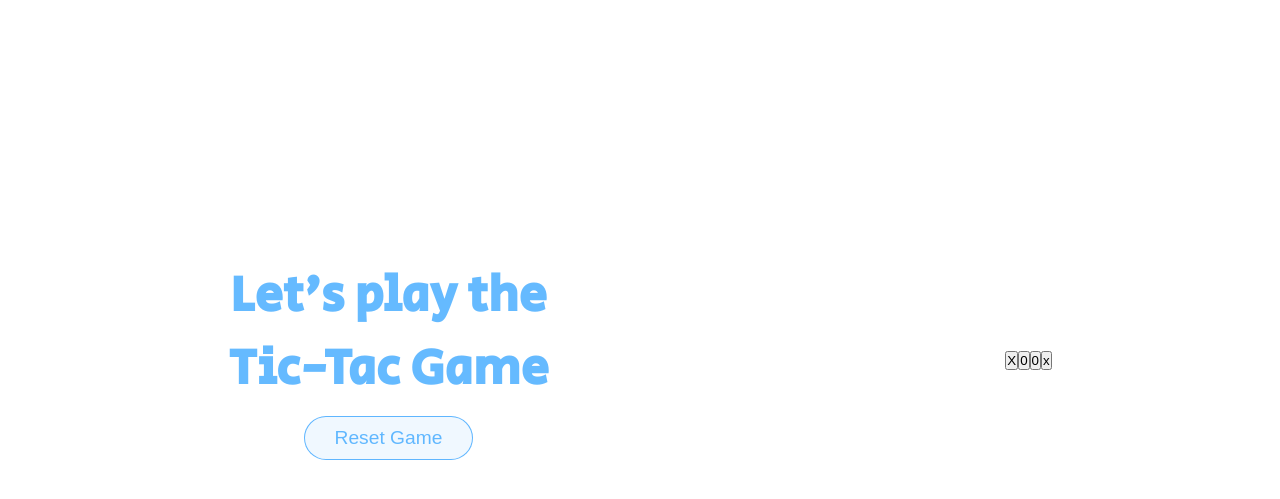
Repository: evergreenx/tic-tac
Page: /
An editor plug-in stored every save of this project. The page is shown before and after a run of saves, followed by the edit.
The browser window is 1280 px wide. The pictures show the whole page.
The project was rebuilt for these pictures with package versions that can differ from the ones it lists, and the page was loaded fresh each time.

Above is the page before, as saved 2022-04-21 04:14:19.

After the next 2 saves:
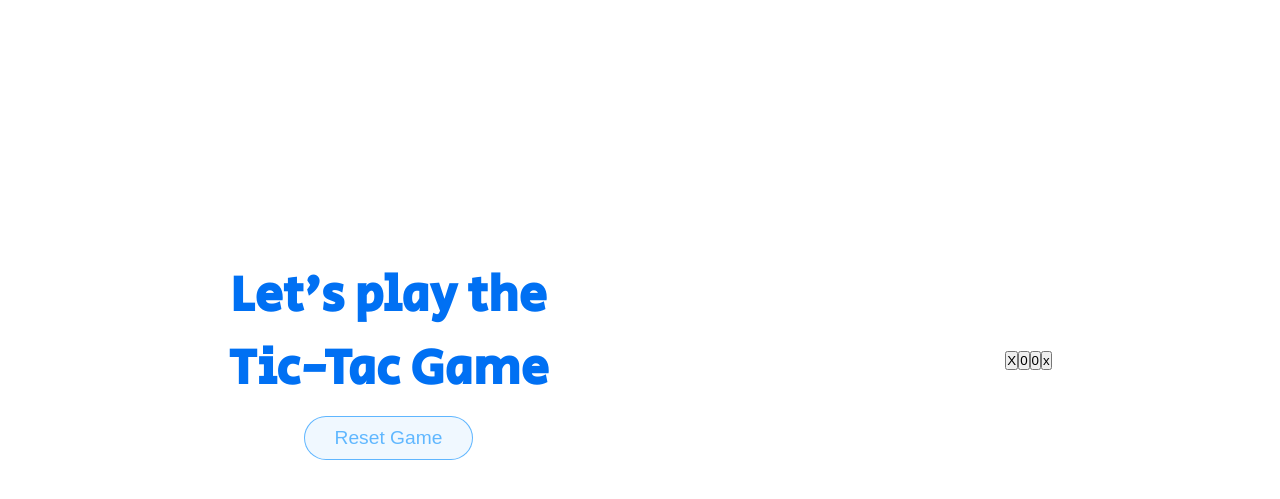
The 2 saves are shown as one change because they came seconds apart.
The last was saved 13 s later.
--- a/src/index.scss
+++ b/src/index.scss
@@ -22,7 +22,7 @@ body {
 
   .board-text {
     .heading {
-      color: #008cff9a;
+      color: $primary-color;
       font-size: 50px;
     }
 
